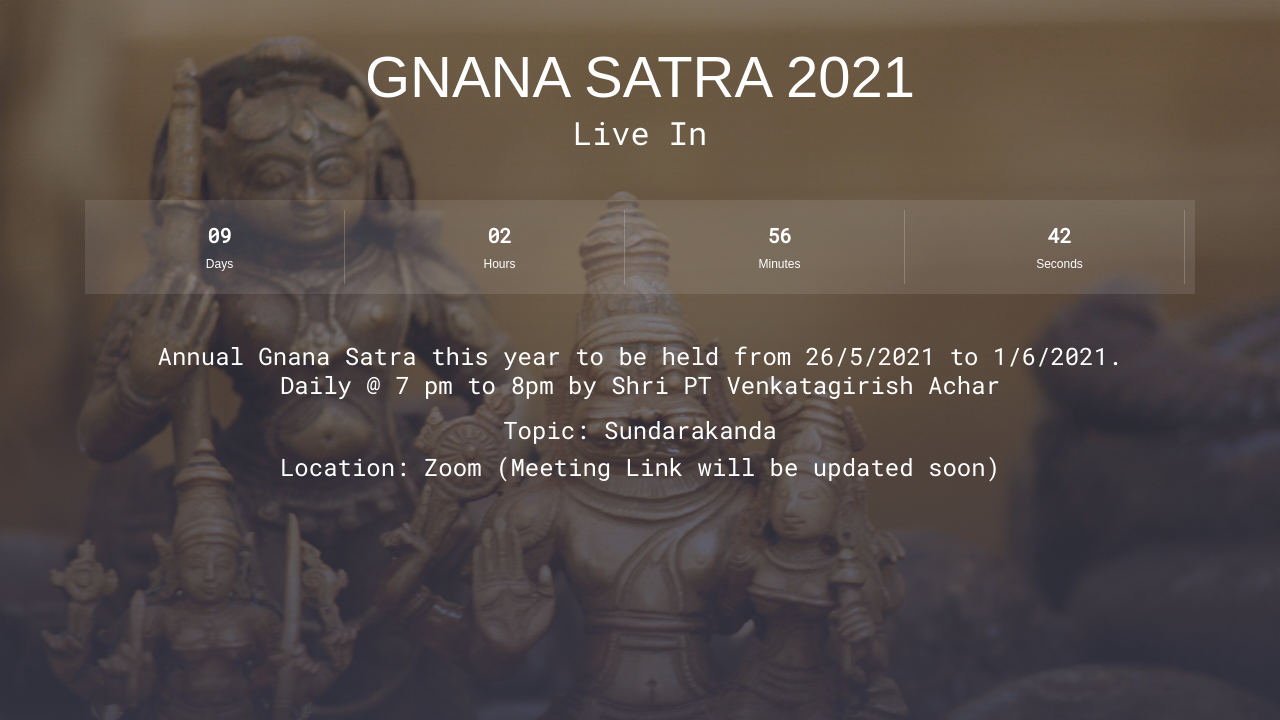
Repository: anirudhbichal/gs
Page: /
The author's editor kept a copy of each file at every save. The page is drawn from the files as they stood at one save, then again after the next save.
The browser window is 1280 px wide. The pictures show the whole page.
Some web fonts or font styles are not loaded; a fallback is used. The project was rebuilt for these pictures with package versions that can differ from the ones it lists, and the page was loaded fresh each time.

Above is the page before, as saved 2021-05-17 19:08:28.

### public/index.html
<!DOCTYPE html>
<html lang="en">
  <head>
    <meta charset="utf-8" />
    <meta name="viewport" content="width=device-width, initial-scale=1" />
    <meta name="theme-color" content="#000000" />
    <meta
      name="description"
      content="Gnana Satra website"
    />
    <link rel="apple-touch-icon" href="%PUBLIC_URL%/logo192.png" />
    <!--
      manifest.json provides metadata used when your web app is installed on a
      user's mobile device or desktop. See https://developers.google.com/web/fundamentals/web-app-manifest/
    -->
    <link rel="manifest" href="%PUBLIC_URL%/manifest.json" />
    <!--
      Notice the use of %PUBLIC_URL% in the tags above.
      It will be replaced with the URL of the `public` folder during the build.
      Only files inside the `public` folder can be referenced from the HTML.

      Unlike "/favicon.ico" or "favicon.ico", "%PUBLIC_URL%/favicon.ico" will
      work correctly both with client-side routing and a non-root public URL.
      Learn how to configure a non-root public URL by running `npm run build`.
    -->
    <title>Gnana Satra</title>
  </head>
  <body>
    <noscript>You need to enable JavaScript to run this app.</noscript>
    <div id="root"></div>
    <!--
      This HTML file is a template.
      If you open it directly in the browser, you will see an empty page.

      You can add webfonts, meta tags, or analytics to this file.
      The build step will place the bundled scripts into the <body> tag.

      To begin the development, run `npm start` or `yarn start`.
      To create a production bundle, use `npm run build` or `yarn build`.
    -->
  </body>
</html>

### src/App.js
import 'bootstrap/dist/css/bootstrap.min.css';
import './App.css';
import Container from 'react-bootstrap/Container';
import Timer from "./components/countdown/Timer";

function App() {
  return (
    <div className="App">
      <Container className="my-5">
        <h1>
          Gnana Satra 2021
        </h1>
        <h2 className="mb-5">Live In</h2>
        <Timer />
        <h4 className="mt-5 css-typing">
          Annual Gnana Satra this year to be held from 26/5/2021 to 1/6/2021.
          <br />
          Daily @ 7 pm to 8pm by Shri PT Venkatagirish Achar
        </h4>
        <h4 className="mt-3">
          Topic: Sundarakanda
        </h4>
        <h4>
          Location: Zoom (Meeting Link will be updated soon)
        </h4>
      </Container>
    </div>
  );
}

export default App;

### src/App.css
@import url("https://fonts.googleapis.com/css?family=Roboto+Mono&display=swap");
@import url('https://fonts.cdnfonts.com/css/samarkan');

body {
  color: #fff;
  font-family: "Roboto Mono", sans-serif;
  background-image: url('gs-bg.jpg');
  background-repeat: no-repeat;
  background-size: cover;
  background-position: top top;
  background-attachment: fixed;
  margin: 0;
}

.App {
  position: fixed;
  top: 0;
  left: 0;
  right: 0;
  bottom: 0;
  text-align: center;
  background: rgb(55, 55, 70);
  background: linear-gradient(
    0deg,
    rgba(55, 55, 70, 0.9) 0%,
    rgba(55, 55, 70, 0.7) 50%,
    rgba(55, 55, 70, 0.6) 100%
  );
}

h1 {
  font-family: 'Samarkan', sans-serif;
  font-size: 58px;
  text-transform: uppercase;
  line-height: 1;
}

### src/components/countdown/Timer.js
import React, { Component } from "react";
// import moment from 'moment';
import Container from 'react-bootstrap/Container';
import Row from 'react-bootstrap/Row';
import Col from 'react-bootstrap/Col';
import "./Timer.css";

class CountDown extends Component {
  constructor(props) {
    super(props);
    this.count = this.count.bind(this);
    this.state = {
      days: 0,
      minutes: 0,
      hours: 0,
      secounds: 0,
      time_up: ""
    };
    this.x = null;
    this.deadline = null;
  }
  count() {
    var now = new Date().getTime();
    var t = this.deadline - now;
    var dd = Math.floor(t / (1000 * 60 * 60 * 24));
    var hh = Math.floor((t % (1000 * 60 * 60 * 24)) / (1000 * 60 * 60));
    var mm = Math.floor((t % (1000 * 60 * 60)) / (1000 * 60));
    var ss = Math.floor((t % (1000 * 60)) / 1000);

    var days = dd < 10 ? "0" + dd : dd;
    var hours = hh < 10 ? "0" + hh : hh;
    var minutes = mm < 10 ? "0" + mm : mm;
    var seconds = ss < 10 ? "0" + ss : ss;

    this.setState({ days, minutes, hours, seconds });

    if (t < 0) {
      clearInterval(this.x);
      this.setState({
        days: 0,
        minutes: 0,
        hours: 0,
        seconds: 0,
        time_up: "TIME IS UP"
      });
    }
  }
  componentDidMount() {
    this.deadline = new Date("May 26, 2021 19:00:00").getTime();

    this.x = setInterval(this.count, 1000);
  }

  render() {
    const { days, seconds, hours, minutes } = this.state;
    return (
      <Container id="countdown">
        <Row>
            <Col>
                <div className="box">
                    <p id="day">{days}</p>
                    <span className="text">Days</span>
                </div>
            </Col>
            <Col>
                <div className="box">
                    <p id="hour">{hours}</p>
                    <span className="text">Hours</span>
                </div>
            </Col>
            <Col>
                <div className="box">
                    <p id="minute">{minutes}</p>
                    <span className="text">Minutes</span>
                </div>
            </Col>
            <Col>
                <div className="box">
                    <p id="second">{seconds}</p>
                    <span className="text">Seconds</span>
                </div>
            </Col>
        </Row>
      </Container>
    );
  }
}

export default CountDown;

### src/components/countdown/Timer.css
#countdown {
    padding: 10px;
    background-color: rgba(255, 255, 255, 0.1);
    display: inline-block;
    text-align: center;
    margin: auto;
  }
  #countdown .box {
    padding: 10px;
    border-right: solid 1px rgba(255, 255, 255, 0.2);
  }
  #countdown .col-4:last-child .box {
    border-right-color: transparent;
  }
  #countdown .box p {
    font-size: 20px;
    font-weight: bold;
    margin: 0;
  }
  #countdown .box .text {
    font-size: 12px;
    font-family: sans-serif;
  }

Loaded but not shown: src/index.js (common file); src/index.css (common file); src/reportWebVitals.js (common file)

After the next save:
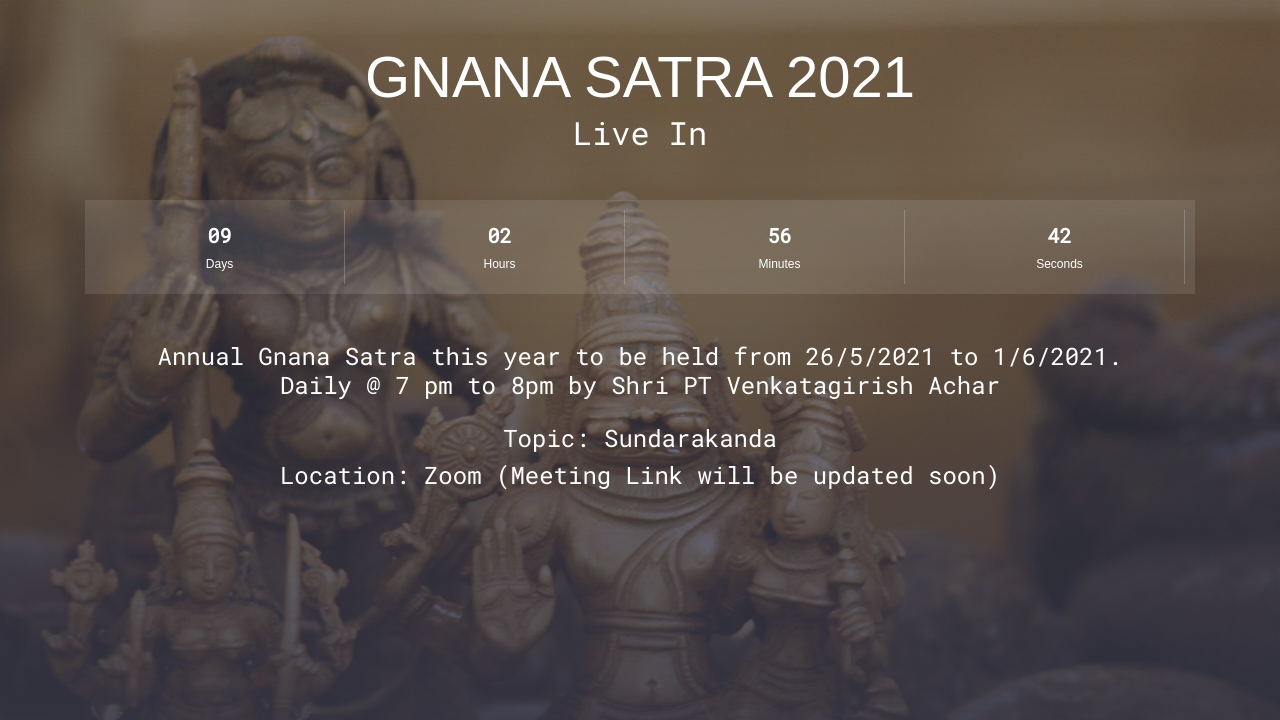
Saved 8 s later.
--- a/src/App.js
+++ b/src/App.js
@@ -17,7 +17,7 @@ function App() {
           <br />
           Daily @ 7 pm to 8pm by Shri PT Venkatagirish Achar
         </h4>
-        <h4 className="mt-3">
+        <h4 className="mt-4">
           Topic: Sundarakanda
         </h4>
         <h4>
